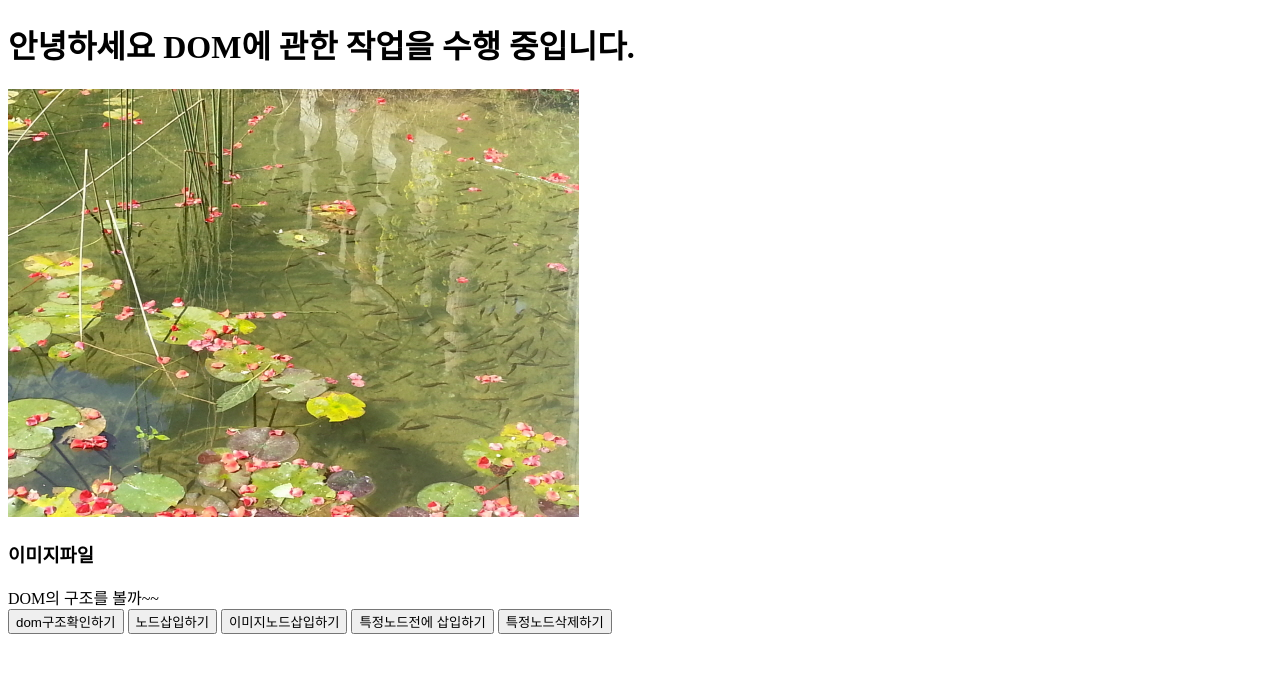
Repository: snowcuphea/webwork_class
Page: clientweb/WebContent/js_dom/js_basic_dom_beforeinsert.html
An editor plug-in stored every save of this project. The page is shown before and after the next save, followed by the edit.
The browser window is 1280 px wide. The pictures show the whole page.
After loading, the first visible `#btninsertbefore` was clicked once.

Above is the page before, as saved 2020-01-10 02:44:30.
Console error: ReferenceError: testNode is not defined

### clientweb/WebContent/js_dom/js_basic_dom_beforeinsert.html
<!DOCTYPE html>
<html>
<head>
<meta http-equiv="Content-Type" content="text/html; charset=EUC-KR" />
<title>Insert title here</title>
<script type="text/javascript">
	window.onload = function(){
		document.getElementById("btninsertbefore").onclick = function(){
			//1. 삽입될 노드 생성
			spanNode = document.createElement("span");
			textNode = document.createTextNode("삽입될 텍스트");
			spanNode.appendChild(testNode);

			//2. 삽입될 위치의 상위노드 구하기
			parentNode = document.getElementById("myformId");

			// 3. 삽입될 위치의 형제노드를 구하기
			targetNode = document.getElementById("btndomtest");

			// 4.노드 추가하기 : 부모노드.insertBefor(추가할노드, 삽입될위치의 형제노드)
			parentNode.insertBefore(spanNode, targetNode);

		}



	}

</script>
</head>
<body>
	<div id="main">
		<h1 id="myhead">안녕하세요 DOM에 관한 작업을 수행 중입니다.</h1>
		<div id="mycontent1"><img src="../images/m_garden07.jpg" name="myimg" id="myimagId"
				alt="이미지파일" /><h3>이미지파일</h3></div>
		<div id="mycontent2">DOM의 구조를 볼까~~</div>
		<div id="domtestbtn">
			<form id="myformId" name="myform">
				<input type="button" value="dom구조확인하기"
					 name="btn" id="btndomtest" />
				<input type="button" value="노드삽입하기"
					 name="btn" id="btninsert" />
				<input type="button" value="이미지노드삽입하기"
					 name="btn" id="imginsert" />
				<input type="button" value="특정노드전에 삽입하기"
					 name="btn" id="btninsertbefore" />
				<input type="button" value="특정노드삭제하기"
					 name="btn" id="btndelete" />
			</form>

		</div>
	</div>
</body>
</html>

After the next save:
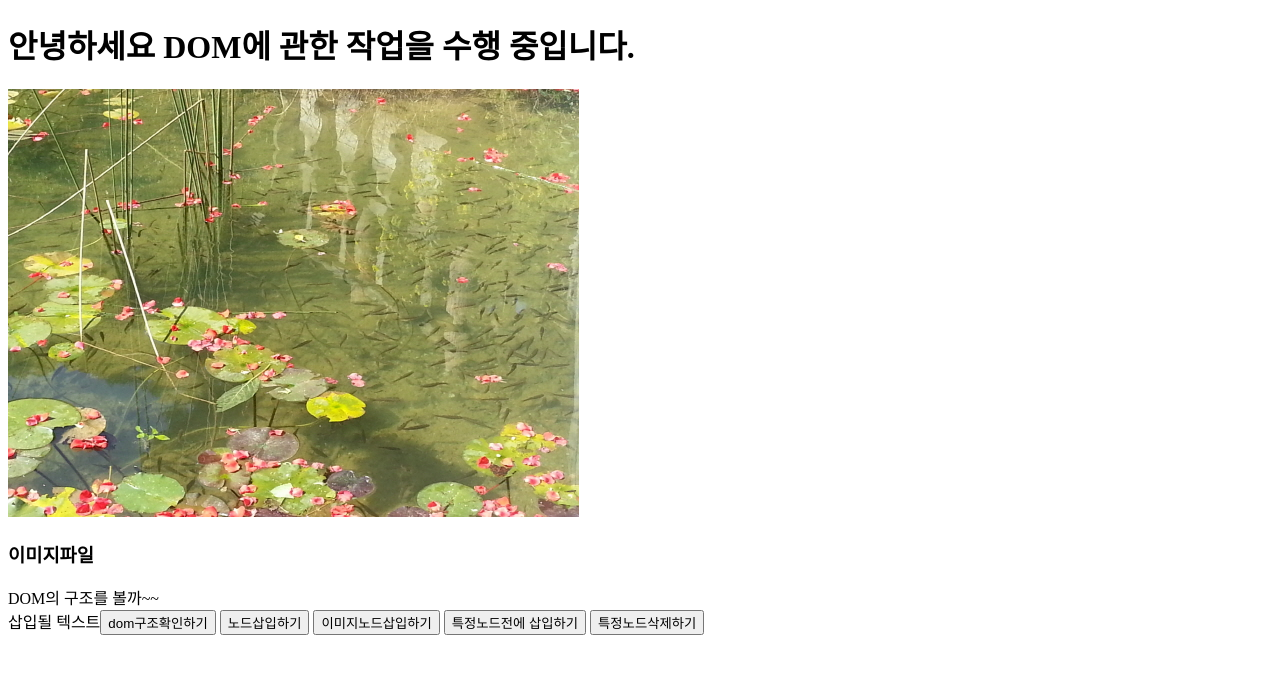
The error is gone.
Saved 3 min 8 s later.
--- a/clientweb/WebContent/js_dom/js_basic_dom_beforeinsert.html
+++ b/clientweb/WebContent/js_dom/js_basic_dom_beforeinsert.html
@@ -9,7 +9,7 @@
 			//1. 삽입될 노드 생성
 			spanNode = document.createElement("span");
 			textNode = document.createTextNode("삽입될 텍스트");
-			spanNode.appendChild(testNode);
+			spanNode.appendChild(textNode);
 
 			//2. 삽입될 위치의 상위노드 구하기
 			parentNode = document.getElementById("myformId");
